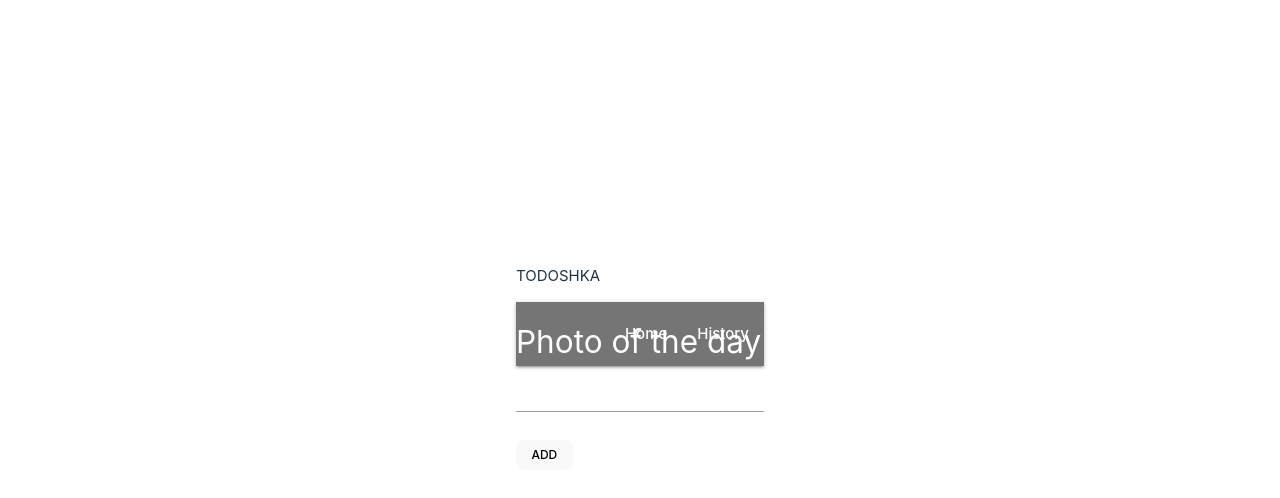
Repository: iveivs/myReactTaskManager
Page: /done
The author's editor kept a copy of each file at every save. The page is drawn from the files as they stood at one save, then again after the next save.
The browser window is 1280 px wide. The pictures show the whole page.
The project was rebuilt for these pictures with package versions that can differ from the ones it lists, and the page was loaded fresh each time. Also part of the build but not shown: vite.config.js.

Above is the page before, as saved 2024-02-12 08:06:17.

### index.html
<!doctype html>
<html lang="en">
  <head>
    <meta charset="UTF-8" />
    <link rel="icon" type="image/svg+xml" href="/vite.svg" />
    <meta name="viewport" content="width=device-width, initial-scale=1.0" />
    <link rel="stylesheet" href="https://cdnjs.cloudflare.com/ajax/libs/materialize/1.0.0/css/materialize.min.css">
    <link href="https://fonts.googleapis.com/icon?family=Material+Icons" rel="stylesheet">
    <title>Task Manager</title>
  </head>
  <body>
    <div id="root"></div>
    <script type="module" src="/src/main.jsx"></script>
  </body>
</html>

### src/main.jsx
import React from 'react'
import ReactDOM from 'react-dom/client'
import { BrowserRouter } from 'react-router-dom';
import App from './App.jsx'
import './index.css'

ReactDOM.createRoot(document.getElementById('root')).render(
  <BrowserRouter>
    <App />
  </BrowserRouter>,
)

### src/App.jsx
import { useState } from 'react'

import './App.css'
import Header from './components/Header'

function App() {
  const [input, setInput] = useState('')
  const [tasks, setTasks] = useState([])

  const handleChance = (event) => {
    setInput(event.target.value)
    console.log('target',event.target.value);
    console.log('input',input);
  }

  const handleClick = () => {
    setTasks([...tasks, input])
    console.log('click');
    console.log(tasks);
    setInput('')
  }

  return (
    <>
      <p>TODOSHKA</p>
      <Header  />
      <input value={input} onChange={(e) => handleChance(e)} type="text" />
      <br />
      <button onClick={handleClick}>ADD</button>
      { input && <h4>{input}</h4> }
      { tasks && (
        tasks.map(e => <p key={e}>task: {e}</p>)
      )}
    </>
  )
}

export default App

### src/index.css
:root {
  font-family: Inter, system-ui, Avenir, Helvetica, Arial, sans-serif;
  line-height: 1.5;
  font-weight: 400;

  color-scheme: light dark;
  color: rgba(255, 255, 255, 0.87);
  background-color: #242424;

  font-synthesis: none;
  text-rendering: optimizeLegibility;
  -webkit-font-smoothing: antialiased;
  -moz-osx-font-smoothing: grayscale;
}

a {
  font-weight: 500;
  color: #646cff;
  text-decoration: inherit;
}
a:hover {
  color: #535bf2;
}

body {
  margin: 0;
  display: flex;
  place-items: center;
  min-width: 420px;
  min-height: 100vh;
}

h1 {
  font-size: 3.2em;
  line-height: 1.1;
}

button {
  border-radius: 8px;
  border: 1px solid transparent;
  padding: 0.6em 1.2em;
  font-size: 0.8em;
  font-weight: 500;
  font-family: inherit;
  background-color: #1a1a1a;
  cursor: pointer;
  transition: border-color 0.25s;
  margin-top: 20px;
}
button:hover {
  border-color: #646cff;
}
button:focus,
button:focus-visible {
  outline: 4px auto -webkit-focus-ring-color;
}

@media (prefers-color-scheme: light) {
  :root {
    color: #213547;
    background-color: #ffffff;
  }
  a:hover {
    color: #747bff;
  }
  button {
    background-color: #f9f9f9;
  }
}

### src/App.css
#root {
  max-width: 1280px;
  margin: 0 auto;
  padding: 2rem;

}

### src/components/Header.jsx
import { Link } from "react-router-dom";

export default function Header() {
    return (
        <nav className="grey darken-1">
            <div className="nav-wrapper">
                <h4 className="brand-logo">
                    Photo of the day
                </h4>
                <ul id="nav-mobile" className="right hide-on-med-and-down">
                    <li>
                        <Link to="/">Home</Link>
                    </li>
                    <li>
                        <Link to="/history">History</Link>
                    </li>
                </ul>
            </div>
        </nav>
    );
}

After the next save:
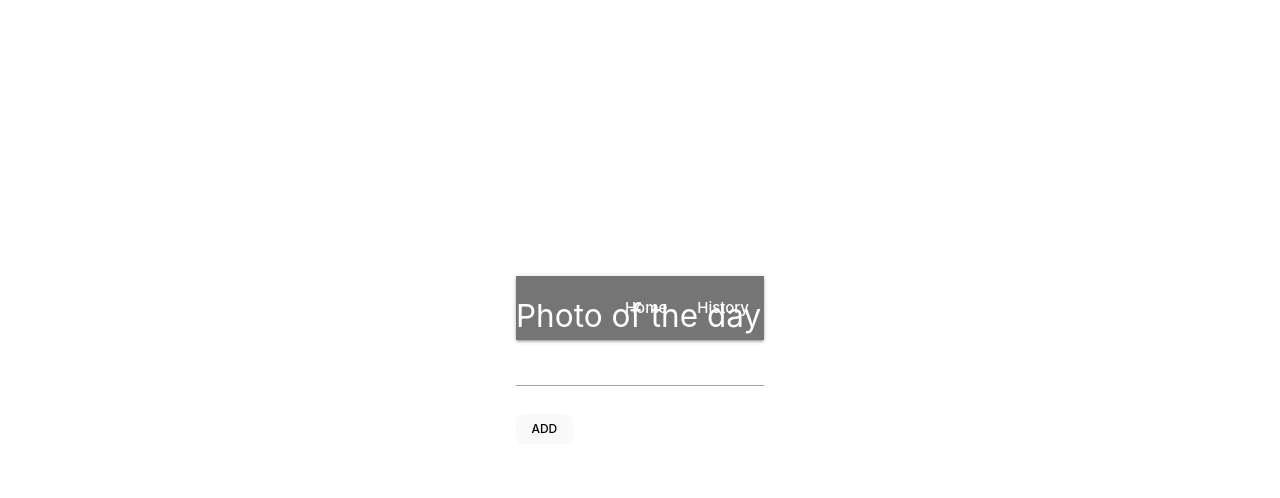
Saved 15 s later.
--- a/src/App.jsx
+++ b/src/App.jsx
@@ -22,7 +22,6 @@ function App() {
 
   return (
     <>
-      <p>TODOSHKA</p>
       <Header  />
       <input value={input} onChange={(e) => handleChance(e)} type="text" />
       <br />
